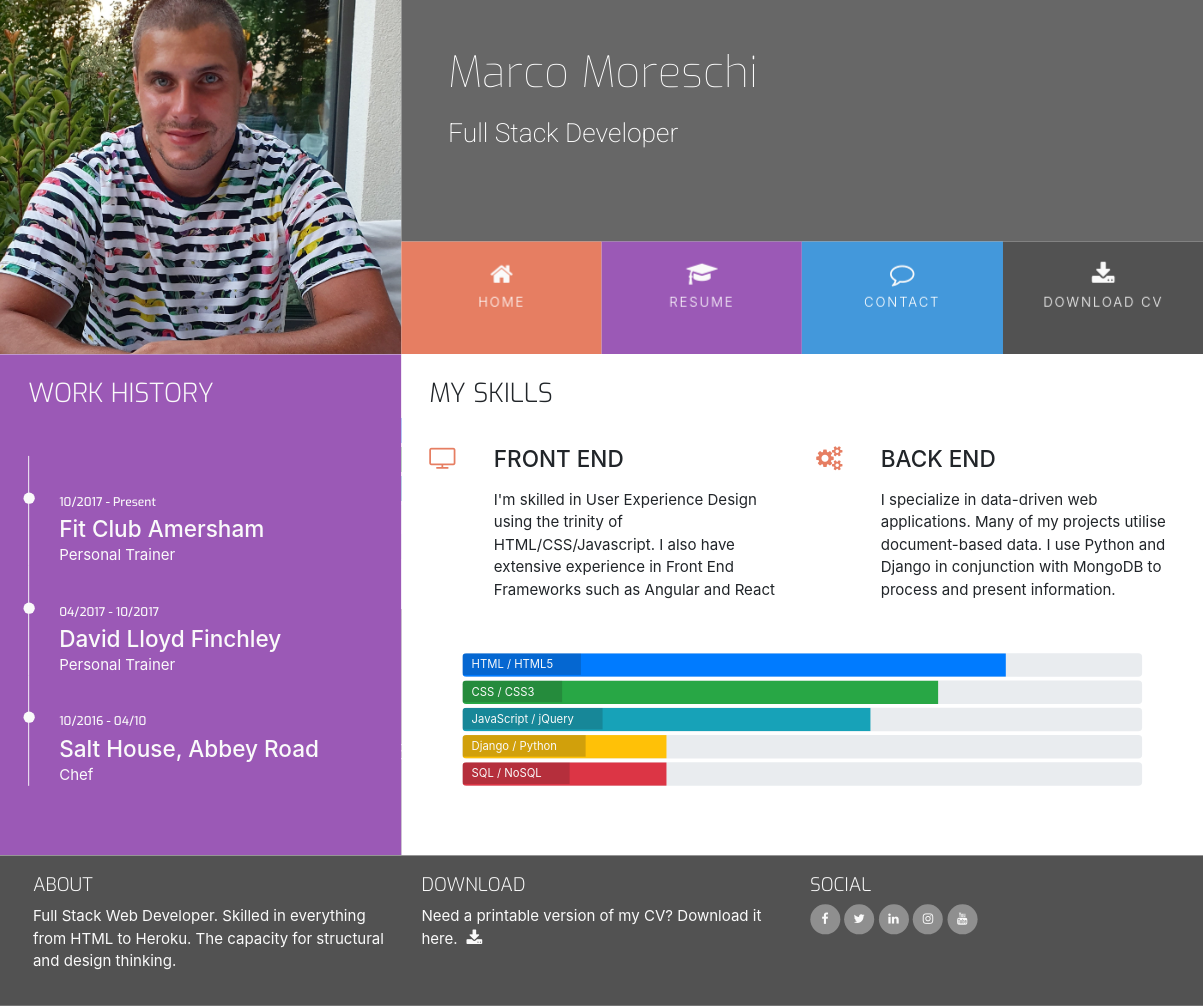
Repository: marcomoreschi/Mini-Project
Page: resume.html
The author's editor kept a record of every edit. The page is drawn from the files as they stood at one moment, then again after the next edit.
The browser window is 1280 px wide. The pictures show the whole page, at 94% of full size.
Some web libraries are served in a nearby version.

Above is the page before.

### resume.html
<!DOCTYPE html>
<html lang="en">

<head>
    <meta charset="UTF-8">
    <meta name="viewport" content="width=device-width, initial-scale=1.0">
    <meta http-equiv="X-UA-Compatible" content="ie=edge">
    <link rel="stylesheet" href="https://maxcdn.bootstrapcdn.com/bootstrap/4.2.1/css/bootstrap.min.css" type="text/css" />
    <link rel="stylesheet" href="https://maxcdn.bootstrapcdn.com/font-awesome/4.7.0/css/font-awesome.min.css" type="text/css" />
    <link rel="stylesheet" href="https://cdnjs.cloudflare.com/ajax/libs/hover.css/2.1.1/css/hover-min.css" type="text/css" />
    <link rel="stylesheet" href="assets/css/style.css">
    <title>Marco</title>
</head>

<body>
    <header>
        <div class="row no-gutters">
            <a class="col-md-4 logo" href="02-index.html"></a>
            <div class="col-md-8">
                <div class="row no-gutters bg-color-name-title">
                    <div class="col heading">
                        <h1 class="name">Marco Moreschi</h1>
                        <h2 class="title"> Full Stack Developer</h2>
                    </div>
                </div>
                <div class="row no-gutters">
                    <div class="col">
                        <ul id="nav" class="list-inline menucontainer">
                            <li class="col-6 col-sm-3 list-inline-item ui-menu-color-home menuitem">
                                <a href="index.html" class="hvr-sweep-to-bottom"><i class="fa fa-home" aria-hidden="true"></i><span>Home</span></a>
                            </li>
                            <li class="col-6 col-sm-3 list-inline-item ui-menu-color-resume menuitem">
                                <a href="resume.html" class="hvr-sweep-to-bottom"><i class="fa fa-graduation-cap" aria-hidden="true"></i><span>Resume</span></a>
                            </li>
                            <li class="col-6 col-sm-3 list-inline-item ui-menu-color-contact menuitem">
                                <a href="contact.html" class="hvr-sweep-to-bottom"><i class="fa fa-comment-o" aria-hidden="true"></i><span>Contact</span></a>
                            </li>
                            <li class="col-6 col-sm-3 list-inline-item ui-menu-color-download menuitem">
                                <a href="assets/cv/cv.pdf" target="_blank" class="hvr-sweep-to-bottom"><i class="fa fa-download" aria-hidden="true"></i><span>Download CV</span></a>
                            </li>
                        </ul>
                    </div>
                </div>
            </div>
        </div>
    </header>
    <section class="container-fluid">
        <div class="row">
            <div class="col-md-4 bg-color-work-history section-column">
                <div class="row">
                    <div class="col-12">
                        <h3 class="history-heading uppercase">
                            Work History
                        </h3>
                    </div>
                </div>
                <div class="history-items">
                    <div class="timeline-item" data-dates="10/2017 - Present">
                        <h4>Fit Club Amersham</h4>
                        <p>Personal Trainer</p>
                    </div>
                    <div class="timeline-item" data-dates="04/2017 - 10/2017">
                        <h4>David Lloyd Finchley</h4>
                        <p>Personal Trainer</p>
                    </div>
                    <div class="timeline-item" data-dates="10/2016 - 04/10">
                        <h4>Salt House, Abbey Road</h4>
                        <p>Chef</p>
                    </div>
                </div>
            </div>
            <div class="col-md-8 bg-color-three-reasons section-column">
                <div class="row">
                    <div class="col">
                        <h3 class="section-heading uppercase">My Skills</h3>
                    </div>
                </div>
                <div class="row">
                    <div class="col-10 offset-1 offset-sm-0 col-sm-4 col-md-6">
                        <div class="row">
                            <div class="col-2">
                                <i class="three-reasons-icon fa fa-tv" aria-hidden="true"></i>
                            </div>
                            <div class="col-10">
                                <h4 class="three-reasons-heading uppercase">Front End</h4>
                                <p>
                                    I'm skilled in User Experience Design using the trinity of HTML/CSS/Javascript. I also have extensive experience in Front End Frameworks such as Angular and React
                                </p>
                            </div>
                        </div>
                    </div>
                    <div class="col-10 offset-1 offset-sm-0 col-sm-4 col-md-6">
                        <div class="row">
                            <div class="col-2">
                                <i class="three-reasons-icon fa fa-gears" aria-hidden="true"></i>
                            </div>
                            <div class="col-10">
                                <h4 class="three-reasons-heading uppercase">Back End</h4>
                                <p>
                                    I specialize in data-driven web applications. Many of my projects utilise document-based data. I use Python and Django in conjunction with MongoDB to process and present information.
                                </p>
                            </div>
                        </div>
                    </div>
                </div>
                <div class="row progress-section">
                    <div class="col">
                        <div class="progress">
                            <div class="progress-bar" role="progressbar" aria-valuenow="80" aria-valuemin="0" aria-valuemax="100" style="width:80%;">
                                <span class="sr-only">80% complete</span>
                            </div>
                            <span class="progress-type">HTML / HTML5</span>
                        </div>
                        <div class="progress">
                            <div class="progress-bar bg-success" role="progressbar" aria-valuenow="70" aria-valuemin="0" aria-valuemax="100" style="width:70%;">
                                <span class="sr-only">70% complete</span>
                            </div>
                            <span class="progress-type">CSS / CSS3</span>
                        </div>
                        <div class="progress">
                            <div class="progress-bar bg-info" role="progressbar" aria-valuenow="60" aria-valuemin="0" aria-valuemax="100" style="width:60%;">
                                <span class="sr-only">60% complete</span>
                            </div>
                            <span class="progress-type">JavaScript / jQuery</span>
                        </div>
                        <div class="progress">
                            <div class="progress-bar bg-warning" role="progressbar" aria-valuenow="30" aria-valuemin="0" aria-valuemax="100" style="width:30%;">
                                <span class="sr-only">30% complete</span>
                            </div>
                            <span class="progress-type">Django / Python</span>
                        </div>
                        <div class="progress">
                            <div class="progress-bar bg-danger" role="progressbar" aria-valuenow="30" aria-valuemin="0" aria-valuemax="100" style="width:30%;">
                                <span class="sr-only">30% complete</span>
                            </div>
                            <span class="progress-type">SQL / NoSQL</span>
                        </div>
                    </div>
                </div>
            </div>
        </div>

    </section>
    <footer class="container-fluid">
        <div id="footer-details" class="row">
            <div class="col-sm-4">
                <h5 class="uppercase general-sub">About</h5>
                <p class="inline-block">
                    Full Stack Web Developer. Skilled in everything from HTML to Heroku. The capacity for structural and design thinking.
                </p>
            </div>
            <div class="col-sm-4">
                <h5 class="uppercase general-sub">Download</h5>
                <p class="inline-block">
                    Need a printable version of my CV? Download it here.
                    <a href="assets/cv/cv.pdf" target="_blank" class="cv-pdf">
                        <i class="fa fa-download" aria-hidden="true"></i>
                        <span class="sr-only">Download link.</span>
                    </a>
                </p>
            </div>
            <div class="col-sm-4">
                <h5 class="uppercase general-sub">Social</h5>
                <ul class="list-inline social-links">
                    <li class="list-inline-item">
                        <a target="_blank" href="#">
                            <i class="fa fa-facebook" aria-hidden="true"></i>
                            <span class="sr-only">Facebook</span>
                        </a>
                    </li>
                    <li class="list-inline-item">
                        <a target="_blank" href="#">
                            <i class="fa fa-twitter" aria-hidden="true"></i>
                            <span class="sr-only">Twitter</span>
                        </a>
                    </li>
                    <li class="list-inline-item">
                        <a target="_blank" href="#">
                            <i class="fa fa-linkedin" aria-hidden="true"></i>
                            <span class="sr-only">LinkedIn</span>
                        </a>
                    </li>
                    <li class="list-inline-item">
                        <a target="_blank" href="#">
                            <i class="fa fa-instagram" aria-hidden="true"></i>
                            <span class="sr-only">Instagram</span>
                        </a>
                    </li>
                    <li class="list-inline-item">
                        <a target="_blank" href="#">
                            <i class="fa fa-youtube" aria-hidden="true"></i>
                            <span class="sr-only">YouTube</span>
                        </a>
                    </li>
                </ul>
            </div>
        </div>
    </footer>
</body>

</html>

### assets/css/style.css
@import url('https://fonts.googleapis.com/css?family=Roboto:100,200,300,400,500,600,700|Exo:100,200,300,400,500,600,700');

/* -----------------------------------------Colour */

.bg-color-name-title {
    background-color: #676767;
}

.bg-color-three-reasons {
    background-color: #fff;
}

.bg-color-personal-info {
    background-color: #f4f4f4;
}

.bg-color-work-history {
    background-color: #9b59b6;
}

.bg-color-contact {
    background-color: #fff;
}

.ui-menu-color-home {
    background-color: #e67e62;
}

.ui-menu-color-resume {
    background-color: #9b59b6;
}

.ui-menu-color-contact {
    background-color: #4398db;
}

.ui-menu-color-download {
    background-color: #525252;
}



/* -----------------------------------------Special paddings/text/margins */

h1,
h2,
h3,
h4 {
    margin: 0;
}

.uppercase {
    text-transform: uppercase;
}

.general-sub {
    font-family: "Exo", sans-serif;
    font-weight: 300;
    color: #fafafa
}

.inline-block {
    display: inline-block;
}

.row-table {
    display: table;
}

.section-column {
    display: table-cell;
    padding: 0 30px 30px;
    float: none;
}

.history-heading,
.section-heading {
    font-family: "Exo", sans-serif;
    font-weight: 300;
    margin-top: 25px;
    margin-bottom: 40px;
}

/* -----------------------------------------Heading */

header {
    margin: 0;
}

.heading {
    margin-left: 50px;
}

.logo {
    background: url("../images/marco.jpg");
    background-position: center;
    background-repeat: no-repeat;
    background-size: cover;
    min-height: 360px;
    transition: all .5s ease-in-out;
    -moz-transition: all .5s ease-in-out;
    -webkit-transition: all .5s ease-in-out;
}

.name {
    font-family: "Exo", sans-serif;
    font-weight: 100;
    font-size: 46px;
    margin-top: 50px;
    color: #fff;
}

.title {
    font-family: "Roboto", sans-serif;
    font-weight: 200;
    font-size: 28px;
    margin-top: 20px;
    margin-bottom: 98px;
    color: #fff;
}

.list-inline-item:not(:last-child) {
    margin: 0;
}

.menucontainer {
    font-size: 0;
}

#nav {
    margin: 0;
}

#nav li {
    font-size: 14px;
    padding: 0;
}

.menuitem {
    height: 120px;
    text-align: center;
    padding: 0;
}

.menuitem a {
    width: 100%;
    text-decoration: none;
    color: #fff;
    height: 120px;
}

.menuitem a i {
    padding-top: 22px;
    display: block;
    color: #fafafa;
    font-size: 26px;
}

.menuitem span {
    display: block;
    width: 100%;
    padding-top: 5px;
    text-align: center;
    text-transform: uppercase;
    font-size: 14px;
    font-weight: 300;
    letter-spacing: 2px;
}

/* -----------------------------------------Hover.css */

.hvr-sweep-to-bottom:before {
    background-color: rgba(0, 0, 0, 0.2);
    height: 120px;
}

/* -----------------------------------------Footer */

footer {
    background-color: #525252;
    color: #fafafa;
    min-height: 120px;
    margin: 0;
}

.cv-pdf i {
    font-size: 18px;
    color: #fafafa;
    text-align: center;
    padding-left: 5px;
    -moz-transition: all 0.35s ease-in-out;
    -webkit-transition: all 0.35s ease-in-out;
    -o-transition: all 0.35s ease-in-out;
}

.cv-pdf i:hover {
    color: #e84610;
}

.cv-pdf i:hover {
    color: #e84610;
}

.social-links {
    padding-bottom: 15px;
}

.social-links li a i {
    width: 32px;
    height: 32px;
    padding: 12px 0;
    border-radius: 50%;
    font-size: 13px;
    line-height: 7px;
    text-align: center;
    color: #fafafa;
    background: #8f8f8f;
    transition: all 0.35s ease-in-out;
    -moz-transition: all 0.35s ease-in-out;
    -webkit-transition: all 0.35s ease-in-out;
    -o-transition: all 0.35s ease-in-out;
}

.social-links li a i:hover {
    background: #e84610;
}

#footer-details {
    padding: 20px;
}

/* -----------------------------------------Three Reasons */

.three-reasons-icon {
    font-size: 26px;
    color: #e67e62;
}

.three-reasons-heading {
    margin-bottom: 15px;
}

/* -----------------------------------------Personal Info */

.personal-info-item {
    margin-bottom: 20px;
    display: block;
    clear: both;
}

.personal-info-item .key,
.personal-info-item .value {
    padding-right: 8px;
    display: inline-block;
}

.personal-info-item .key p,
.personal-info-item .value p {
    margin: 0;
}

.personal-info-item .key {
    width: 30%;
    margin-right: 21px;
    padding-top: 2px;
    vertical-align: top;
}

.personal-info-item .key p {
    font-weight: 700;
}

.personal-info-item .value {
    position: relative;
    width: 60%;
}

/* -----------------------------------------Skills */

.progress {
    position: relative;
    height: 25px;
    margin-bottom: 4px;
}

.progress-type {
    position: absolute;
    left: 0;
    font-weight: 400;
    padding: 3px 30px 2px 10px;
    color: #fafafa;
    background-color: rgba(25, 25, 25, 0.2);
}

.progress-section {
    margin: 40px 20px;
}

/* -----------------------------------------Work Hystory */

.history-heading {
    color: #fafafa;
    margin-bottom: 50px;
}

.timeline-item {
    padding: 4em 2em 0em 2em;
    position: relative;
    color: #fafafa;
    border-left: 1px solid;
}

.timeline-item p {
    padding: 0;
    margin: 0;
}

.timeline-item:before {
    content: attr(data-dates);
    position: absolute;
    left: 2.5em;
    top: 3em;
    display: block;
    font-family: "Exo", sans-serif;
    font-weight: 500;
    font-size: 0.8em;
    padding: 0;
    margin: 0;
}

.timeline-item:after {
    width: 12px;
    height: 12px;
    display: block;
    top: 2.4em;
    position: absolute;
    left: -6px;
    border-radius: 12px;
    content: '';
    background: #fafafa;
}

.history-items {
    margin-bottom: 30px;
}

/* -----------------------------------------Contact Form */

.contact-heading {
    font-family: "Exo", sans-serif;
    font-weight: 300;
    margin-top: 25px;
    margin-bottom: 20px;
}

.center-form {
    padding-top: 10px;
    margin: 0 auto;
    max-width: 70%;
}

button[type="submit"] {
    margin-top: 15px;
    margin-bottom: 20px;
    color: #fafafa;
    background-color: #e84610;
}

/* -----------------------------------------Media Queries */

@media(min-width: 992px) {
    .center-form {
        padding-top: 30px;
        min-height: 240px;
        margin: 0 auto;
        max-width: 50%;
    }
}

After the next edit:
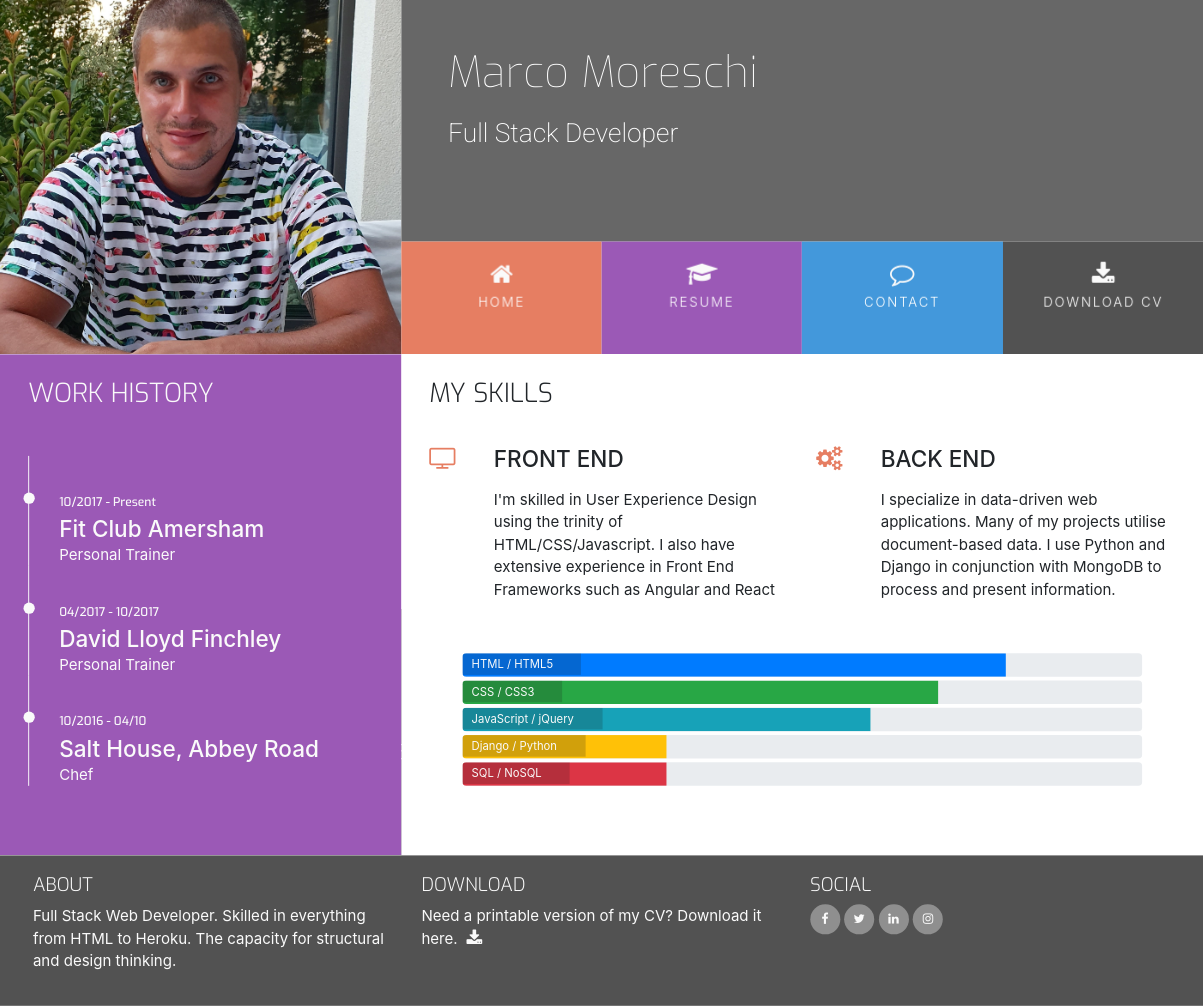
The edit:
--- a/resume.html
+++ b/resume.html
@@ -186,12 +186,6 @@
                             <span class="sr-only">Instagram</span>
                         </a>
                     </li>
-                    <li class="list-inline-item">
-                        <a target="_blank" href="#">
-                            <i class="fa fa-youtube" aria-hidden="true"></i>
-                            <span class="sr-only">YouTube</span>
-                        </a>
-                    </li>
                 </ul>
             </div>
         </div>
